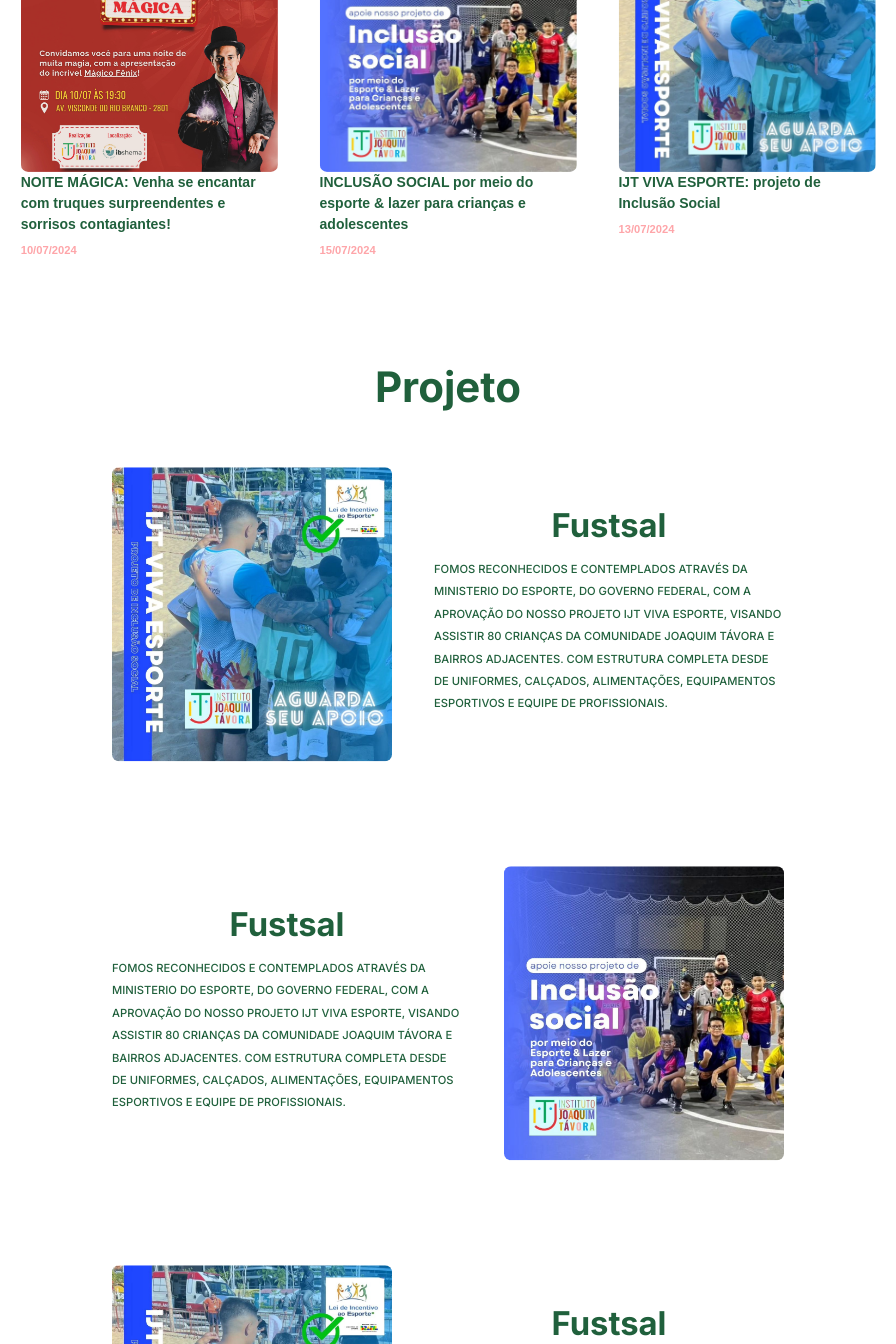
Repository: MarcelloMello90/itj2
Page: index.html
An editor plug-in stored every save of this project. The page is shown before and after the next save, followed by the edit.
The browser window is 1280 px wide. The pictures show the part of the page from y = 1141 to 3061 px (the page is 5437 px tall before and 5457 px after), at 70% of full size.

Above is the page before, as saved 2024-07-21 20:27:46.

### index.html
<!DOCTYPE html>
<html lang="pt-br">
<head>
  <link rel="preconnect" href="https://fonts.googleapis.com">
  <link rel="preconnect" href="https://fonts.gstatic.com" crossorigin>

  <meta charset="UTF-8">
  <meta name="viewport" content="width=device-width, initial-scale=1.0">

  <!-- <link rel="icon" type="image/svg+xml" href="/vite.svg" /> -->

  <!-- Favicon -->
  <link rel="apple-touch-icon" sizes="180x180" href="assets/favicon_packageapple-touch-icon.png">
  <link rel="icon" type="image/png" sizes="32x32" href="assets/favicon_package/favicon-32x32.png">
  <link rel="icon" type="image/png" sizes="16x16" href="assets/favicon_packagefavicon-16x16.png">
  <link rel="manifest" href="assets/favicon_package/site.webmanifest">
  <link rel="mask-icon" href="assets/favicon_package/safari-pinned-tab.svg" color="#5bbad5">
  <meta name="msapplication-TileColor" content="#da532c">
  <meta name="theme-color" content="#ffffff">
  <title>Instituto Joaquim Távora</title>

  <link href="https://fonts.googleapis.com/css2?family=Barlow:ital,wght@0,100;0,200;0,300;0,400;0,500;0,600;0,700;0,800;0,900;1,100;1,200;1,300;1,400;1,500;1,600;1,700;1,800;1,900&family=Inter:wght@100..900&family=Poppins:ital,wght@0,100;0,200;0,300;0,400;0,500;0,600;0,700;0,800;0,900;1,100;1,200;1,300;1,400;1,500;1,600;1,700;1,800;1,900&family=Roboto:ital,wght@0,100;0,300;0,400;0,500;0,700;0,900;1,100;1,300;1,400;1,500;1,700;1,900&family=Space+Grotesk:wght@300..700&display=swap" rel="stylesheet">


  <link rel="stylesheet" href="style.css">
</head>
<body>
  <div id="app">
    <div id="wrapper_app">
      <header>
        <div class="header_logo">
          <img src="./assets/logo/logo03peq.png" alt="imagem da logo do Instituto Joaquim Távora">
        </div>

        <div class="wrapper_nav">
          <nav>
            <ul>
              <li><a href="http://#" target="_blank">Início</a></li>
              <li><a href="http://#" target="_blank">Sobre nós</a></li>
              <li><a href="http://#" target="_blank">Parceiros</a></li>
              <li><a href="http://#" target="_blank">Notícias</a></li>
              <li><a href="http://#" target="_blank">Contato</a></li>
            </ul>
          </nav>
        </div>
      </header>

      <div class="carousel">
        <video
          class="elementor-background-video"
          autoplay=""
          muted=""
          playsinline=""
          loop=""
          src="/assets/video/Snapinsta.app_video_6F487980DB1930866F1B164CEB50C191_video_dashinit.mp4"
          >
        </video>

        <div id="items-wrapper-carousel">
          <div id="items">
            <div class="item"><img src="./assets/img_carousel/img1.jpg"/></div>
            <div class="item"><img src="./assets/img_carousel/img2.jpg"/></div>
            <!-- <div class="item"><img src="https://unsplash.it/1600/400?image=990"/></div>
            <div class="item"><img src="https://unsplash.it/1600/400?image=980"/></div>
            <div class="item"><img src="https://unsplash.it/1600/400?image=970"/></div>
            <div class="item"><img src="https://unsplash.it/1600/400?image=976"/></div>
            <div class="item"><img src="https://unsplash.it/1600/400?image=993"/></div>
            <div class="item"><img src="https://unsplash.it/1600/400?image=969"/></div> -->
          </div>
        </div>
      </div>

      <main>
        <section id="section1">
          <h1>Últimas Notícias</h1>

          <div class="wrapper_section1">
            <div class="wrapper_items">
              <div class="item_img">
                <img src="./assets/img_carousel/img3.jpg" alt="">
              </div>

              <div class="item_text">
                <p>NOITE MÁGICA: Venha se encantar com truques surpreendentes e sorrisos contagiantes! </p>
                <span>10/07/2024</span>
              </div>
            </div>

            <div class="wrapper_items">
              <div class="item_img">
                <img src="./assets/img_carousel/img1.jpg" alt="">
              </div>

              <div class="item_text">
                <p>INCLUSÃO SOCIAL por meio do esporte & lazer para crianças e adolescentes</p>
                <span>15/07/2024</span>
              </div>
            </div>

            <div class="wrapper_items">
              <div class="item_img">
                <img src="./assets/img_carousel/img2.jpg" alt="">
              </div>

              <div class="item_text">
                <p><strong>IJT VIVA ESPORTE:</strong> projeto de Inclusão Social</p>
                <span>13/07/2024</span>
              </div>
            </div>
          </div>
        </section>

        <section id="section3">
          <div class="wrapper_section3">
           <h1>Projeto</h1>

           <div class="wrapper_items3">
            <div class="wrapper_project">
              <div class="project_img">
                <img src="./assets/img_carousel/img2.jpg" alt="">
              </div>

              <div class="project_text">
                <h3>Fustsal</h3>
                <span>
                  Fomos reconhecidos e contemplados através da Ministerio do Esporte, do
                   Governo Federal, com a aprovação do nosso projeto IJT VIVA ESPORTE,
                   visando assistir 80 crianças da comunidade Joaquim Távora e bairros
                   adjacentes. Com estrutura completa desde de uniformes, calçados,
                   alimentações, equipamentos esportivos e equipe de profissionais.
                </span>
              </div>
            </div>

            <div class="wrapper_project">
              <div class="project_text">
                <h3>Fustsal</h3>
                <span>
                  Fomos reconhecidos e contemplados através da Ministerio do Esporte, do
                   Governo Federal, com a aprovação do nosso projeto IJT VIVA ESPORTE,
                   visando assistir 80 crianças da comunidade Joaquim Távora e bairros
                   adjacentes. Com estrutura completa desde de uniformes, calçados,
                   alimentações, equipamentos esportivos e equipe de profissionais.
                </span>
              </div>

              <div class="project_img">
                <img src="./assets/img_carousel/img1.jpg" alt="">
              </div>
            </div>

            <div class="wrapper_project">
              <div class="project_img">
                <img src="./assets/img_carousel/img2.jpg" alt="">
              </div>

              <div class="project_text">
                <h3>Fustsal</h3>
                <span>
                  Fomos reconhecidos e contemplados através da Ministerio do Esporte, do
                   Governo Federal, com a aprovação do nosso projeto IJT VIVA ESPORTE,
                   visando assistir 80 crianças da comunidade Joaquim Távora e bairros
                   adjacentes. Com estrutura completa desde de uniformes, calçados,
                   alimentações, equipamentos esportivos e equipe de profissionais.
                </span>
              </div>
            </div>
          </div>

        </section>

        <section id="section4">
          <div class="wrapper_section4">
            <h1>Parceiros</h1>

            <div class="wrapper_parceiros_logo">
              <div class="item_img_logo">
                <a href="https://www.instagram.com/fatimatortasebolos/" target="_blank"><img src="./assets/parceiros/parceiro_fatimaBolo.jpg" alt=" Logo parceiro fatima bolos"></a>
              </div>

              <div class="item_img_logo">
                <a href="https://www.instagram.com/servicospratrimoniaismoura/" target="_blank">
                  <img src="./assets/parceiros/parceiro_servico_patrionais_moura.jpg"
                  alt=" Logo parceiro fatima bolos">
                </a>
              </div>
            </div>

            <div class="wrapper_form_parceiro">

            </div>
          </div>
        </section>

        <section id="section5">
          <div class="wrapper_section5">
            <h1>Contato</h1>

            <form id="form" action="https://formsubmit.co/contato@institutojoaquimtavora.org" method="POST">
              <div class="wrap-input-mobile">
                <label for="nome"></label>
                <input type="text" id="nome" name="nome" placeholder="Nome" required>

                <label for="email"></label>
                <input type="email" id="email" name="email" placeholder="email"  required>

              </div>

              <label for="area_interesse"></label>
              <input type="text" id="area_interesse" name="area_interesse"  placeholder="Assunto"  required>


              <textarea id="mensagem" name="mensagem" placeholder="Nos fale sua dúvida, sugestão, parceria."></textarea>

              <button class="btn_form"  type="submit">Enviar</button>
            </form>


          </div>
        </section>
      </main>
      <footer>
        <div class="wrapper_footer">
          <div class="box-logo">
            <img
              src="./assets/logo/logo04med.png"
              alt="logo Instituto Joaquim Távora">
          </div>

          <div class="box-contact">
            <span>
              R. Henrique Rabêlo, 1321 - Joaquim Távora, Fortaleza - CE, 60110-540
            </span>

            <span>
              <a href="tel:+5585985350707"> (85) 98535-0707</a>
            </span>

            <span>
              <a href="mailto:contato@institutojoaquimtavora.com.br">contato@institutojoaquimtavora.org</a>
            </span>
          </div>

        </div>
      </footer>
      <div class="footer-ano">
        <span>2024 - Todos os direito reservados | <a href="https://github.com/MarcelloMello90">Criado por Marcelo Melo</a></span>
      </div>
    </div>
  </div>
  <script src="./script.js"></script>
</body>
</html>

### style.css
* {
  margin: 0;
  padding: 0;
  box-sizing: border-box;
  outline: none;

  -webkit-font-smoothing: antialiased;
  -moz-osx-font-smoothing: grayscale;
}

:root{
  font-size: 62.5%;
  --ff-01: "Inter", sans-serif;
  --ff-02: 'Barlow Condensed', sans-serif;
  --ff-03: 'Space Grotesk', sans-serif;
  --ff-04: "Poppins", sans-serif;
  --ff-05: "Roboto", sans-serif;

  --bg01: #20603C;
  --bg02: #00b0f0; /*bg header*/
  --bg03: #00A651; /*bg card-assistencia social*/
  --bg04: #ED1C24; /*bg card-esporte*/
  --bg05: #003399; /*bg card-inclusao digital*/
  --bg06: #6666CC; /*bg card-educaçao*/
  --bg07: #9A1B56; /*bg card-empregabilidade*/
  --bg08: #F4EDE5; /*bg footer*/
  --bg09: #FFDE59; /*bordar box-01 (balao 50 crianças)*/
  --bg10: #6ED8FF; /*bordar box-02 (balao 150 crianças)*/
  --bg11: #FEA5A9; /*bordar box-03 (balao 100 crianças)*/
  --bg12: #000;
  --bg13: #ffffff;
  --bg14: #E6B12E; /* btn*/

  --text01: #00AEEF; /* box logo inicial, text header, h1*/
  --text02: #636363;/*text p*/
  --text03: #666460;/*text p footer*/
}


body{
  font-size: 1.6rem;
  font-family: var(--ff-01);
}

a, button {
  text-decoration: none;
  font-family: var(--ff-01);
  background: transparent;
}

#app{
  width: 100%;
  height: 100vh;
}
#wrapper_app{
  width: 100%;
  height: 100vh;

  display: grid;
  grid-template-areas:
    "header"
    "carousel"
    "main"
    "footer"
  ;

  grid-template-rows: clamp(60px, 16vw + 1rem, 100px) 700px auto auto;
  grid-template-columns: auto;
}

header{
  grid-area: header;

  display: flex;
  align-items: center;
  justify-content: space-between;

  padding: 0 40px;
}

header img{
  width: 132px;
  height: 66px;
}

header .wrapper_nav nav ul{
  text-decoration: none;
  display: flex;
  gap: 20px;
}

header .wrapper_nav nav ul li{
  display: flex;
  text-decoration: none;
}

header .wrapper_nav nav ul li a{
  display: flex;
  text-decoration: none;

  color: var(--bg01);
  font-family: Inter;
  font-size: 16px;
  font-style: normal;
  font-weight: 700;
  line-height: 24px;
  text-transform: uppercase;
}

header .wrapper_nav nav ul li a:hover{
  color: var(--bg14);
}


/* carousel */

.carousel{
  grid-area: carousel;
  height: 100%;
  width: 100%;
}

/* elemento vídeo */
.elementor-background-video{
  width: 100%;
  height: 600px;
}

video{
  width: 100%;
  height: 100%;
  object-fit: cover;
}

/* carousel */
#items-wrapper-carousel{
  width: 100%;
  display: none;
}

#items{
  display: flex;

  overflow-x: hidden;
  /*propriedade que exibe 100% uma imagem que esta sendo exibida mais de 50% da tela*/
  scroll-snap-type: x mandatory;
  -webkit-overflow-scrolling: touch;

  /*deixa o comportamento suave ao passar o elemento  */
  scroll-behavior: smooth;
}

.item{
  /* anula a propriedade do display flex */
  flex: none;

  width: 100%;
  height: 700px;

  /* propriedade que inicia a propriedade scroll-snap-type. Essa propriedade exibe 100% uma imagem que esta sendo exibida mais de 50% da tela */
  scroll-snap-align: start;

  /* tira o evento do cursor sobre o elemento. Assim posso fazer o scroll utilizando a roda do mouse quando o ponteiro estiver em cima do elemento*/
  pointer-events: none;

  /* Adiciona a transição suave */
  transition: transform 3s ease-in-out;

}


img{
  width: 100%;
  height: 99%;

  /* imagem se adapta a 100% do tamanho da caixa */
  object-fit: cover;
}
/* fim carousel */


main{
  grid-area: main;

  display: grid;
  place-items: center;
  grid-template-areas:
    "section1"
    "section2"
    "section3"
    "section4"
    "section5"
  ;
  grid-template-columns: 1fr;
  grid-template-rows: auto auto auto auto;

  margin-top: 160px;

  gap: 100px;

}


/* section1 */
#section1{
  grid-area: section1;

  width: 100%;
  height: 100%;

  display: flex;
  flex-direction: column;
  justify-content: center;
  align-items: center;
  gap: 60px;

  color: var(--bg01);
  font-size: 32px;
  font-weight: 600;
  line-height: 32px;
  /* text-transform: uppercase; */
}

.wrapper_section1{
  display: flex;
  gap: 60px;
}

.wrapper_items{
  display: flex;
  flex-direction: column;
  /* gap: 150px; */
}

.item_img{
  width: 367px;
  height: 335px;
}

.item_img img{
  width: 100%;
  height: 100%;

  border-radius: 10px;
  object-fit: cover;
  object-position: center center;
}

.item_text{
  width: 367px;
  height: 90px;
  /* margin-top: 20px; */

}

.item_text p{
  color: var(--bg01);
  font-family: "Liberation Sans";
  font-size: 20px;
  font-style: normal;
  font-weight: 700;
  line-height: 30px;
  /* text-transform: uppercase; */
}

.item_text span{
  color: var(--bg11);
  font-family: "Liberation Sans";
  font-size: 16px;
  font-style: normal;
  font-weight: 700;
  line-height: 20px;
  text-transform: uppercase;
}

#btn_section1{
  display: flex;

  justify-content: center;
  align-items: center;
  flex-shrink: 0;

  border-radius: 10px;
  border: 2px solid var(--bg14);
}

#btn_section1 a{
  background-color: none;
  padding: 18px;


  color: var(--bg01);
  text-align: center;
  font-family: Inter;
  font-size: 14px;
  font-style: normal;
  font-weight: 700;
  line-height: 16px;
}
/* fim section 1 */



/* section2 */
#section2{
  grid-area: section2;

  background: var(--bg01);
  width: 100%;
  height: 800px;
  display: flex;
  justify-content: center;
}

.wrapper_section2{
  width: 1000px;
  height: 100%;

  display: flex;
  flex-direction: column;
  justify-content: center;
  align-items: center;
  gap: 60px;


  color: var(--bg13);
  font-size: 40px;
  font-weight: 600;
  line-height: 32px;
}

#section2 p{
  color: var(--bg13);
  font-family: Inter;
  font-size: 18px;
  font-style: normal;
  font-weight: 400;
  line-height: 40px;
}
/* fim section2 */


/* section3 */
#section3{
  grid-area: section3;

  width: 100%;
  height: 100%;
  display: flex;
  justify-content: center;
}

.wrapper_section3{
  width: 1000px;
  height: 100%;

  display: flex;
  flex-direction: column;
  justify-content: center;
  align-items: center;
  gap: 100px;


  color: var(--bg01);
  font-size: 40px;
  font-weight: 600;
  line-height: 32px;
}

.wrapper_items3{
  display: flex;
  flex-direction: column;
  gap: 150px;
}

.wrapper_project{
  display: flex;
  justify-content: center;
  align-items: center;
  gap: 60px;
}

.project_img {
  width: 400px;
  height: 420px
}

.project_img img{
  width: 100%;
  height: 100%;

  border-radius: 10px;
  object-fit: cover;
  object-position: center center;
}

.project_text{
  width: 500px;
  display: flex;
  flex-direction: column;
  align-items: center;
  gap: 30px;
}

.project_text span{
  color: var(--bg01);
  font-family: var(--ff-01);
  font-size: 16px;
  font-weight: 500;
  line-height: 32px;
  text-transform: uppercase;
}
/* fim section3 */

/* section4 */
#section4{
  grid-area: section4;

  background: var(--bg01);

  width: 100%;
  height: 800px;
  display: flex;
  justify-content: center;
}

.wrapper_section4{
  width: 1000px;
  height: 100%;

  display: flex;
  flex-direction: column;
  justify-content: center;
  align-items: center;
  gap: 150px;


  color: var(--bg13);
  font-size: 40px;
  font-weight: 600;
  line-height: 32px;
}

.wrapper_parceiros_logo{
  width: 100%;
  display: flex;
  justify-content: space-around;
}

.item_img_logo{
  width: 220px;
  height: 200px;
}

.item_img_logo img{
  width: 100%;
  height: 100%;

  border-radius: 10px;
  object-fit: cover;
  object-position: center center;
}
/* fim section4 */

/* section45*/
#section5{
  grid-area: section5;

  width: 100%;
  height: 600px;
  display: flex;
  justify-content: center;
}

.wrapper_section5{
  width: 1000px;
  height: 100%;

  display: flex;
  flex-direction: column;
  justify-content: center;
  align-items: center;
  gap: 60px;


  color: var(--bg01);
  font-size: 40px;
  font-weight: 600;
  line-height: 32px;
}


/* form desktop */
#box-form{
  max-width: 100%;

  display: none;
  justify-content: center;
  align-items: center;
  justify-content: flex-end;
}

#form{
  max-width: 100rem;

  display: flex;
  flex-direction: row;
  padding: .5rem;
  gap: 1.5rem;
  flex-wrap: wrap;
  justify-content: flex-end;
}


#form label{
  color: var(--bg01);
  font-size: 1rem;
}

#form input {
  width: 100%;
  height: 4rem;

  padding: 1.5rem;
  border-radius: 1rem;
  border: 1px solid var(--bg01);
}

.wrap-input-mobile{
  display: flex;
  flex-direction: row;
  width: 100%;
  margin-top: 2rem;
}

.wrap-input-mobile input:nth-child(2){
  margin-right: 3rem;
}

#form textarea {
  width: 100%;
  height: 10rem;

  margin-top: 1rem;
  padding: 1.5rem;
  border-radius: 1rem;
  border: 1px solid var(--bg01);

  resize: none;
}

#form input::placeholder{
  color: rgb(182, 176, 176);
}

#form input, textarea::placeholder{
  color: rgb(151, 145, 145);
}
.btn_form{
  background-color: var(--bg01);
  width: 16rem;
  height: 5.5rem;
  color: var(--bg13);
  border: none;
  border-radius: 1rem;
  font-size: 2rem;
  font-weight: bold;
  margin-top: 2rem;
  margin-bottom: 5rem;
}

.btn_form:hover{
  background-color: #5fad81;
}
/* fim section5 */



footer{
  background: var(--bg01);
  grid-area: footer;

  color: var(--bg13);

  width: 100%;
  height: auto;
  display: flex;
  justify-content: center;
}

.wrapper_footer{
  display: flex;
  flex-direction: column;
  justify-content: center;
  align-items: center;

  padding: 50px 0;

  gap: 60px;
}

.box-logo{
  background: var(--bg13);
  padding: 16px;
  border-radius: 10px;
}

.box-contact{
  display: flex;
  flex-direction: column;
  align-items: center;
  gap: 20px;
}

.box-contact a{
  text-decoration: none;
  color: var(--bg13);
}

.box-contact span a:hover{
  text-decoration: none;
  color: var(--bg14);
}

.footer-ano {
  width: 100%;

  display: flex;
  justify-content: center;

  padding: 10px;

  background-color: var(--bg01);
  border-top: 1px solid var(--bg08);

  color: var(--bg13);
  font-size: 1.4rem;
}

.footer-ano a{
  text-decoration: none;
  color: var(--bg13);
}


.footer-ano a:hover{
  text-decoration: none;
  color: var(--bg14);
}

### script.js
const items = document.querySelector("#items");
let currentIndex = 0;
const itemCount = items.children.length;
const scrollAmount = items.clientWidth;

function scrollToNext() {
  currentIndex = (currentIndex + 1) % itemCount;
  items.scrollTo({
    left: scrollAmount * currentIndex,
    behavior: 'smooth'
  });
}

// Define o intervalo para mudar a cada 3 segundos
setInterval(scrollToNext, 3000);

items.addEventListener("wheel", event => {
  clearInterval(autoScrollInterval);
  if(event.deltaY > 0) {
    items.scrollBy({left: scrollAmount, behavior: 'smooth'});
  } else {
    items.scrollBy({left: -scrollAmount, behavior: 'smooth'});
  }
  autoScrollInterval = setInterval(scrollToNext, 4000);
});

After the next save:
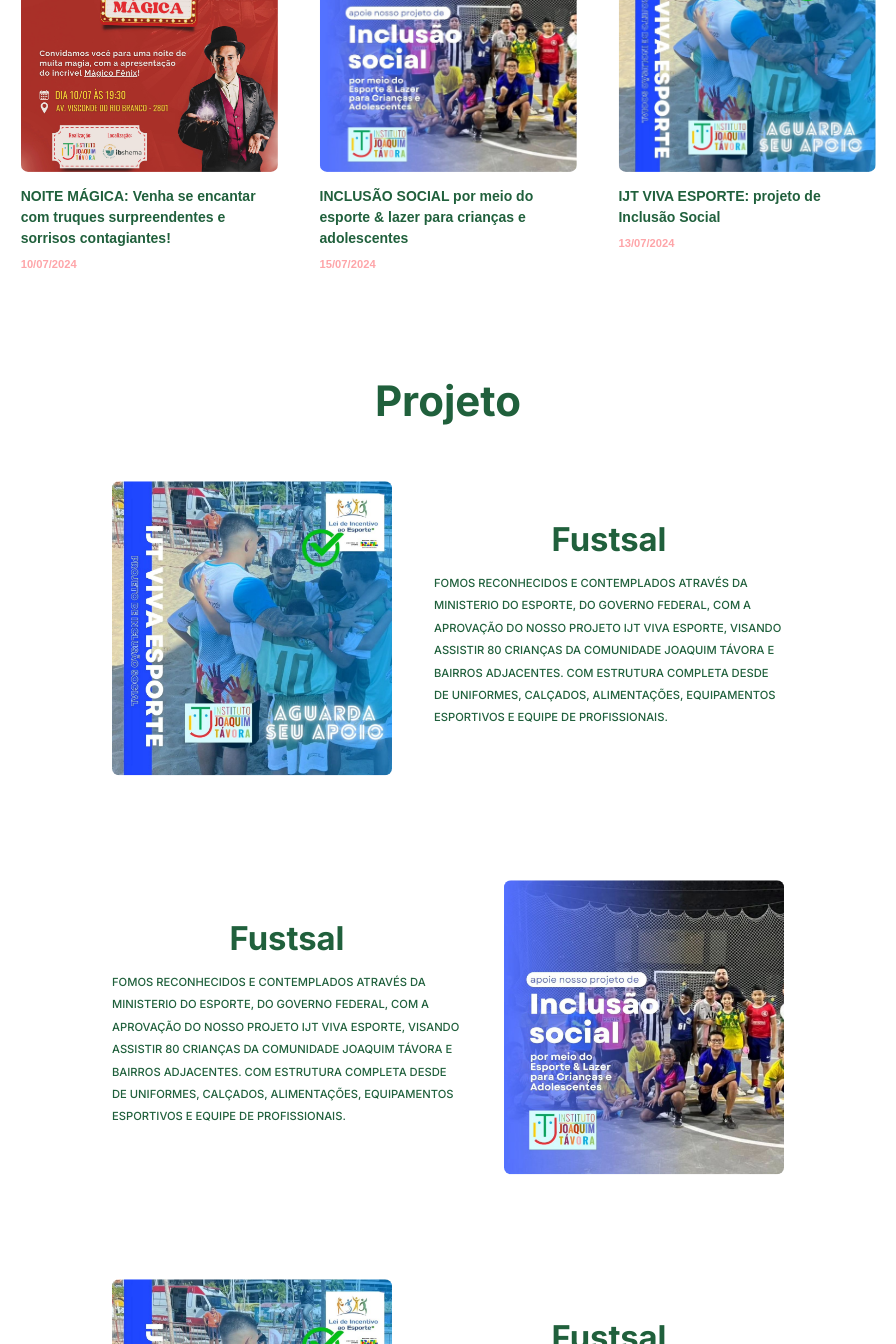
Saved 5 s later.
--- a/style.css
+++ b/style.css
@@ -249,7 +249,7 @@
 .item_text{
   width: 367px;
   height: 90px;
-  /* margin-top: 20px; */
+  margin-top: 20px;
 
 }
 
